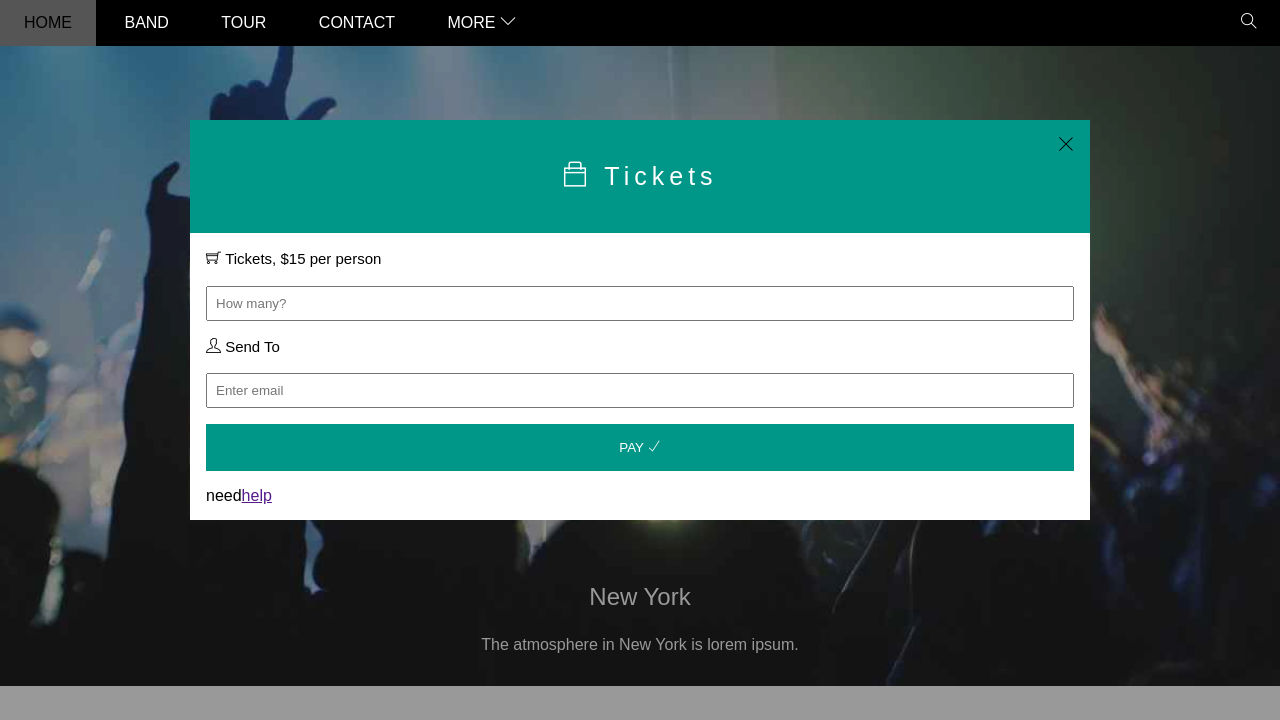
Repository: tung1233hhhhhhhhhhhhh/Website
Page: w3_band/index.html
An editor plug-in stored every save of this project. The page is shown before and after the next save, followed by the edit.
The browser window is 1280 px wide. The pictures show the window.
The pointer rests on the first visible `.modal .modal-body .modal-button`.
A layer covers the whole window, so only the first screen is drawn.

Above is the page before, as saved 2023-02-18 21:45:22.

### w3_band/index.html
<!DOCTYPE html>
<html lang="en">

<head>
    <meta charset="UTF-8">
    <meta http-equiv="X-UA-Compatible" content="IE=edge">
    <meta name="viewport" content="width=device-width, initial-scale=1.0">
    <title>Document</title>
    <link rel="stylesheet" href="./assets/css/style.css">
    <link rel="stylesheet" href="/w3_band/assets/fonts/themify-icons/themify-icons.css">
    <link rel="stylesheet" href="./modal.js">
</head>

<body>
    <div id="main">
        <div id="header">
            <div id="nav">
                <ul>
                    <li><a href="">Home</a></li>
                    <li><a href="">Band</a></li>
                    <li><a href="">Tour</a></li>
                    <li><a href="">Contact</a></li>
                    <li class="icon">
                        <a href="">
                            More
                            <i class="ti-angle-down"></i>
                        </a>
                        <div class="subnav">
                            <ul>
                                <li><a href="">Merchandise</a></li>
                                <li><a href="">Extras</a></li>
                                <li><a href="">Media</a></li>
                            </ul>
                        </div>
                    </li>
                </ul>
                <div class="icon-search">
                    <i class="ti-search"></i>
                </div>
            </div>
        </div>

        <div id="slider">
            <div class="silder-content">
                <h2 class="silder-heading">New York</h2>
                <p class="silder-discreption">The atmosphere in New York is lorem ipsum.</p>
            </div>
        </div>

        <div id="content">
            <!-- about content -->
            <div class="content-selection">
                <h2 class="text-heading">THE BAND</h2>
                <p class="text-sub-heading">We love music</p>
                <p class="text-content">
                    We have created a fictional band website. Lorem ipsum dolor sit amet, consectetur adipiscing elit,
                    sed do eiusmod tempor incididunt ut labore et dolore magna aliqua. Ut enim ad minim veniam, quis
                    nostrud exercitation ullamco laboris nisi ut aliquip ex ea commodo consequat. Duis aute irure dolor
                    in reprehenderit in voluptate velit esse cillum dolore eu fugiat nulla pariatur. Excepteur sint
                    occaecat cupidatat non proident, sunt in culpa qui officia deserunt mollit anim id est laborum
                    consectetur adipiscing elit, sed do eiusmod tempor incididunt ut labore et dolore magna aliqua. Ut
                    enim ad minim veniam, quis nostrud exercitation ullamco laboris nisi ut aliquip ex ea commodo
                    consequat.
                </p>
                <!-- img -->
                <div class="team-selection">
                    <div class="sub-selection">
                        <p class="text-selection">Team</p>
                        <img src="/w3_band/assets/img/name.jpg" alt="" class="img-selection">
                    </div>

                    <div class="sub-selection">
                        <p class="text-selection">Team</p>
                        <img src="/w3_band/assets/img/name.jpg" alt="" class="img-selection">
                    </div>

                    <div class="sub-selection">
                        <p class="text-selection">Team</p>
                        <img src="/w3_band/assets/img/name.jpg" alt="" class="img-selection">
                    </div>
                </div>
            </div>

            <!-- tour content -->

            <div class="content-tour">
                <div class="tour-body">
                    <div class="content-selection">
                        <h2 class="text-heading">TOUR DATES</h2>
                        <p class="text-sub-heading">Remember to book your tickets!</p>
                    </div>

                    <ul class="tour-text">
                        <li>
                            September
                            <span>Sold out</span>
                        </li>
                        <li>
                            October
                            <span>Sold out</span>
                        </li>
                        <li>
                            November
                            <span class="number">3</span>
                        </li>
                    </ul>

                    <div class="tour-list">
                        <div class="tourimg-selection">
                            <img src="/w3_band/assets/img/anh1.jpg" alt="">
                            <div class="container">
                                <p>
                                    <b>New York</b>
                                </p>
                                <p style="opacity: 0.6;">Fri 27 Nov 2016</p>
                                <p>Praesent tincidunt sed tellus ut rutrum sed vitae justo.</p>
                                <button> Buy Tickets</button>
                            </div>


                        </div>
                        <div class="tourimg-selection">
                            <img src="/w3_band/assets/img/anh2.jpg" alt="">
                            <div class="container">
                                <p>
                                    <b>Paris</b>
                                </p>
                                <p style="opacity: 0.6;">Sat 28 Nov 2016</p>
                                <p>Praesent tincidunt sed tellus ut rutrum sed vitae justo.</p>
                                <button> Buy Tickets</button>
                            </div>
                        </div>
                        <div class="tourimg-selection">
                            <img src="/w3_band/assets/img/anh3.jpg" alt="">
                            <div class="container">
                                <p>
                                    <b>San Francisco</b>
                                </p>
                                <p style="opacity: 0.6;">Sun 29 Nov 2016</p>
                                <p>Praesent tincidunt sed tellus ut rutrum sed vitae justo.</p>
                                <button> Buy Tickets</button>
                            </div>
                        </div>
                    </div>
                </div>
            </div>

            <!-- contact content -->

            <div class="contact-content">
                <div class="content-selection">
                    <h2 class="text-heading">CONTACT</h2>
                    <p class="text-sub-heading">Fan? Drop a note!</p>
                    <div class="contact">
                        <div class="contact-left">
                            <i class="ti-location-pin"></i>
                            Chicago, US
                            <br>
                            <i class="ti-mobile"></i>
                            Phone: +00 151515
                            <br>
                            <i class="ti-email"></i>
                            Email: mail@mail.com
                        </div>
                        <div class="contact-right">
                            <form action="">
                                <div class="account">
                                    <input type="text" placeholder="Name">
                                    <input type="text" placeholder="Email">
                                </div>
                                <input class="mes" type="text" placeholder="Message">
                                <button>SEND</button>
                            </form>
                        </div>
                    </div>
                </div>

            </div>

            <!-- image of location/map -->

            <div class="banner-image">
                <img src="/w3_band/assets/img/map.jpg" alt="">

            </div>


        </div>

        <div id="footer">
            <i class="ti-facebook"></i>
            <i class="ti-instagram"></i>
            <i class="ti-vimeo-alt"></i>
            <i class="ti-pinterest"></i>
            <i class="ti-twitter-alt"></i>
            <i class="ti-linkedin"></i>
            <p>Powered by <a href="">w3.css</a></p>
        </div>
    </div>
    <div class="modal">
        <div class="modal-container">
            <div class="modal-close">
                <i class="ti-close"></i>
            </div>
            <header>
                <i class="ti-bag"></i>
                Tickets

            </header>
            <div class="modal-body">
                <label for="" class="modal-lable">
                    <i class="ti-shopping-cart"></i>
                    Tickets, $15 per person
                </label>
                <input type="text" class="input-lable" placeholder="How many?">
                <label for="" class="modal-lable">
                    <i class="ti-user"></i>
                    Send To
                </label>
                <input type="text" class="input-lable" placeholder="Enter email">
                <button class="modal-button">PAY
                    <i class="ti-check"></i>
                </button>
                <p>need<a href="">help</a></p>
            </div>

        </div>
    </div>


</body>

</html>

### w3_band/assets/css/style.css
* {
    padding: 0;
    margin: 0;
    box-sizing: border-box;
}

html {
    font-family: Arial, Helvetica, sans-serif;
}

#main {}

#header {
    height: 46px;
    background-color: #000;
    position: fixed;
    top: 0;
    right: 0;
    left: 0;
    z-index: 1;
}

#nav li {
    display: inline-block;
    position: relative;
}

#nav li:hover .subnav {
    display: block;
}

#nav>ul>li:hover>a>i,
#nav .subnav li:hover,
#nav>ul>li:hover>a {
    color: #000;
    background-color: #555;
}

#nav .subnav {
    display: none;
    position: absolute;
    background-color: #FFF;
    box-shadow: 0 0 20px rgba(0, 0, 0, 0.4);
}

#nav .subnav a {
    color: #000;
    padding: 0 12px;
    line-height: 38px;
}

#nav .subnav ul li {
    display: block;
    min-width: 150px;
}

#nav>ul>li>a {
    color: #fff;
    text-transform: uppercase;
}

#nav ul {
    display: inline-block;
}

#nav li a {
    text-decoration: none;
    line-height: 46px;
    padding: 0 24px;
    display: block;
}

#nav i {
    color: #fff;
    width: 20px;
}

#header .icon-search {
    display: block;
    float: right;
    line-height: 46px;
    padding: 0 23px;
}

#header .icon-search:hover {
    cursor: pointer;
    background-color: #f44336;
}

#slider {
    margin-top: 46px;
    padding-top: 50%;
    background: url(/w3_band/assets/img/ny.jpg) top center / cover no-repeat;
    position: relative;
}

.silder-content {
    position: absolute;
    bottom: 0;
    color: #fff;
    padding-bottom: 32px;
    text-align: center;
    width: 100%;
}

.silder-heading {
    font-weight: 500;
}

.silder-discreption {
    margin-top: 25px;
}

#content {}

#content .content-selection {
    padding: 64px 0px;
    margin-left: auto;
    margin-right: auto;
    width: 800px;
}

#content .content-selection .text-heading {
    text-align: center;
    font-size: 30px;
    font-weight: 500;
    letter-spacing: 4px;
}

#content .content-selection .text-sub-heading {
    text-align: center;
    font-size: 15px;
    margin-top: 25px;
    opacity: 0.6;
    font-style: italic;
}

#content .content-selection .text-content {
    font-size: 15px;
    margin-top: 25px;
    text-align: justify;
    line-height: 1.4;
}

#content .content-selection .team-selection {
    padding-top: 47px;
    padding-bottom: 32px;
    justify-items: space-between;
}

#content .team-selection .sub-selection {
    display: inline-block;
    text-align: center;
}

#content .sub-selection p {
    margin: 15px 0;
}



#content .team-selection .img-selection {
    width: 60%;
    border-radius: 4px;
    margin-bottom: 16px;
}

/* tour content  */


#content .content-tour {
    height: 850px;
    background-color: #000;
    color: #fff;
}

#content .content-tour .tour-body {
    width: 800px;
    margin-left: auto;
    margin-right: auto;
}

#content .content-tour .tour-text {
    background-color: #FFF;
    display: block;
    color: #000;
}

#content .tour-text>li {
    height: 22, 5px;
    padding: 8px 16px;
    list-style: none;
}

#content .tour-text>li:first-child {
    border-bottom: 1px solid #999;
}

#content .tour-text>li:last-child {
    border-top: 1px solid #999;
}

#content .tour-text span {
    /* border-radius: 4px; */
    display: inline-block;
    background-color: red;
    padding: 4px;
    margin-left: 4px;
    color: #fff;
}

#content .tour-text .number {
    /* margin-left: 50px; */
    background-color: black;
    float: right;
    border-radius: 50%;
    margin-top: -3px;
}

#content .tour-list {
    padding: 32px 0;
    right: 0;
    left: 0;
    margin: 0 -8px;
    position: relative;
}

#content .tourimg-selection {
    width: 33.33333%;
    float: left;
    padding: 0 8px;
    justify-content: space-between;
}

#content .tourimg-selection .container {
    /* text-align: center; */
    background-color: #fff;
    color: #000;
    height: 204px;
    padding-left: 16px;
    font-size: 15px;
    line-height: 1.5;
    margin-top: -4px;
    margin-bottom: 15px;
}



#content .tourimg-selection .container>p {
    padding-top: 15px;
}

#content .tourimg-selection .container button {
    color: #fff;
    background-color: #000;
    margin-top: 15px;
    text-align: center;
    cursor: pointer;
    white-space: nowrap;
    border: none;
    display: inline-block;
    padding: 8px 16px;
    vertical-align: middle;
    overflow: hidden;
    text-decoration: none;
}

#content .container button:hover {
    background-color: #ccc;
    color: #000;
}

#content .tourimg-selection img {
    width: 100%;
    background-image: cover;
}

/* contact content */


#content .contact-content {
    padding: 45px 0;
}

#content .contact {
    padding-top: 47px;
    padding-bottom: 32px;
}

#content .contact .contact-left {
    width: 49%;
    display: inline-block;
    font-size: 18px;
}

#content .contact .contact-left i {
    display: inline-block;
    font-size: inherit;
    width: 30px;
    line-height: 1.5;
}

#content .contact .contact-right {
    width: 49%;
    /* display: inline-block; */
    float: right;
}


.contact .contact-right form {
    width: 400px;
    position: relative;
    display: inline-block
}

.contact .contact-right form .account {
    margin-bottom: 10px;
}

.contact .contact-right .account input {
    padding: 8px;
    margin-right: 16px;
}

.contact .contact-right form .mes {
    width: 95.7%;
    padding: 8px;
}

.contact .contact-right form button {
    /* position: absolute; */
    margin: 16px 0;
    padding: 8px 16px;
    margin-left: 309px;
    background-color: black;
    color: #fff;
}

.contact .contact-right form button:hover {
    cursor: pointer;
    background-color: #ccc;
    color: black;
    border: none;
}

/* image of location/map */

.banner-image img {
    width: 100%;
    filter: grayscale(50%);
}

#content {}


#footer {
    padding: 64px 16px;
    text-align: center;
    justify-content: center;
    opacity: 0.6;
}

#footer p {
    margin: 30px 0;
    display: block;
    font-size: 15px;
}

#footer i {
    font-size: 25px;

    display: inline-block;
    text-rendering: auto;
}


.modal {
    position: fixed;
    top: 0;
    left: 0;
    right: 0;
    bottom: 0;

    background-color: rgba(0, 0, 0, 0.4);
}

.modal .modal-container {
    width: 900px;
    height: 400px;
    background-color: #FFF;
    margin: 0 auto;
    transform: translateY(30%);
    position: relative;
}

.modal .modal-container .modal-close {
    position: absolute;
    right: 0;
    padding: 16px;
}

.modal .modal-container .modal-close:hover {
    cursor: pointer;
    background-color: #ccc;
    color: black;
}

.modal header {
    width: 900px;
    padding: 42px 16px;
    background-color: #009688;
    font-size: 25px;
    color: #FFF;
    letter-spacing: 5px;
    text-align: center;
    align-items: center;
}

.modal .modal-body {
    width: 100%;
    padding: 0 16px;
}

.modal .modal-body .modal-lable {
    display: block;
    margin-top: 15px;
    margin-bottom: 15px;
    font-size: 15px;
    line-height: 1.5;
}

.modal .modal-body .input-lable {
    width: 100%;
    padding: 8px;
}

.modal .modal-body .modal-button {
    width: 100%;
    margin-top: 16px;
    margin-bottom: 16px;
    padding: 16px;
    background-color: #009688;
    color: #FFF;
    border: none;
}

Loaded but not shown: w3_band/assets/fonts/themify-icons/themify-icons.css (common file); w3_band/modal.js (no stored copy; drawn as an empty file)

After the next save:
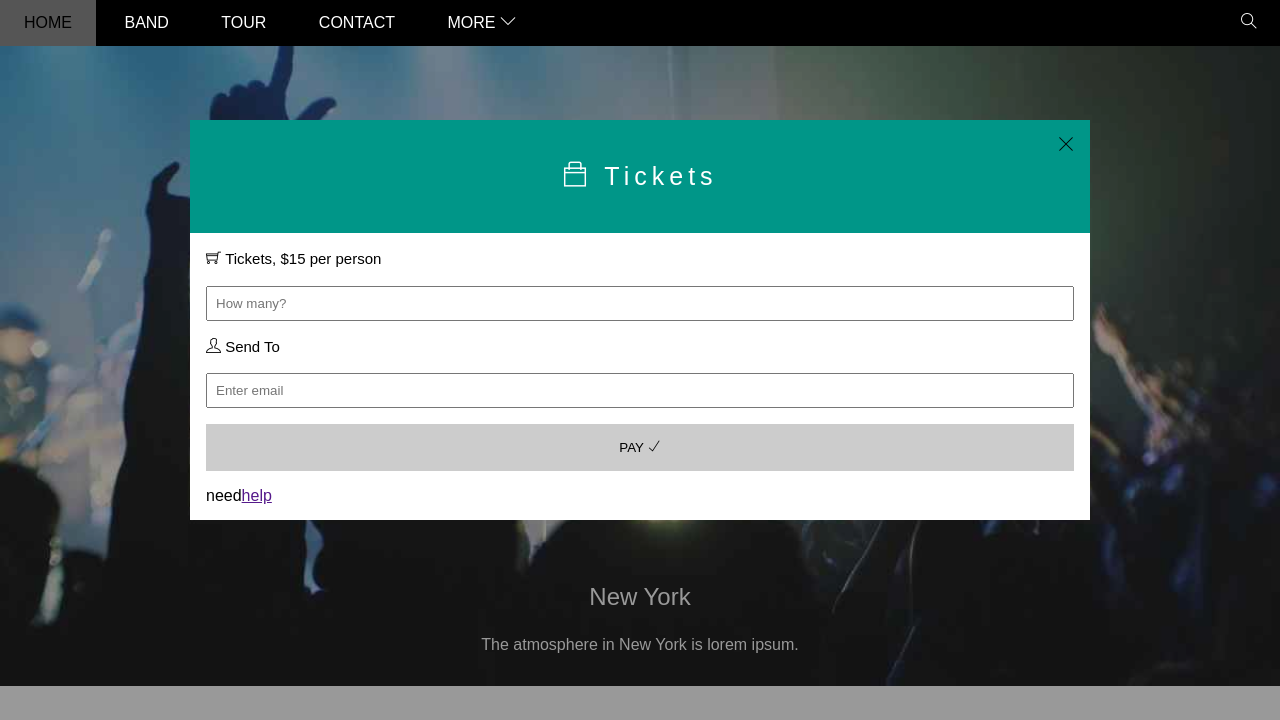
Saved 47 s later.
--- a/w3_band/assets/css/style.css
+++ b/w3_band/assets/css/style.css
@@ -443,3 +443,8 @@
     color: #FFF;
     border: none;
 }
+
+.modal .modal-body .modal-button:hover {
+    color: #000;
+    background-color: #ccc;
+}
